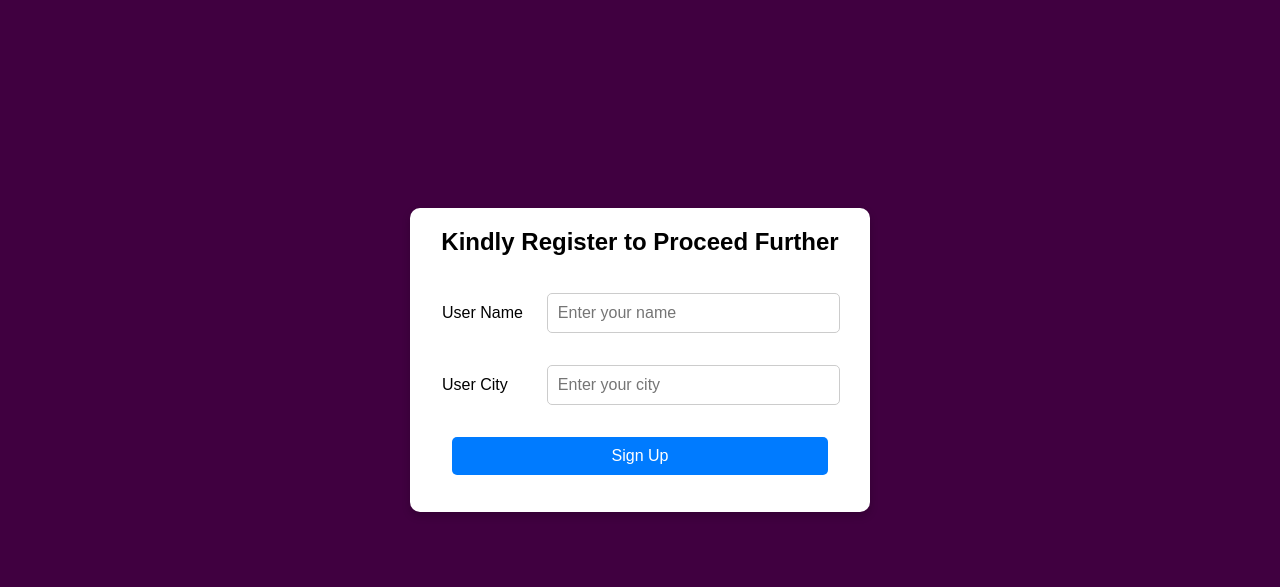
Repository: anuragtiwari3100/Java-Web-Solutions-Kit
Page: JspAndServlet/redirectToAnotherJspHtml/src/main/webapp/index.html
These files come from the project's save history. The page is drawn as it stood at one moment and after a run of saves; the edit follows.
The browser window is 1280 px wide. The pictures show the whole page.

Above is the page before, as saved 2024-11-27 05:40:42.

### JspAndServlet/redirectToAnotherJspHtml/src/main/webapp/index.html
<!DOCTYPE html>
<html lang="en">
<head>
    <meta charset="UTF-8">
    <meta name="viewport" content="width=device-width, initial-scale=1.0">
    <title>Second Web Application</title>
    <style>
        body {
            background-color: rgb(64, 0, 64);
            font-family: Arial, sans-serif;
            display: flex;
            justify-content: center;
            align-items: center;
            height: 100vh;
            margin: 0;
        }
        .container {
            background-color: white;
            border-radius: 10px;
            box-shadow: 0 4px 8px rgba(0, 0, 0, 0.2);
            padding: 20px 30px;
            text-align: center;
            max-width: 400px;
            width: 100%;
        }
        h1, h2 {
            margin: 0 0 20px;
        }
        table {
            margin: 0 auto;
            text-align: left;
            width: 100%;
        }
        td {
            padding: 10px 0;
        }
        input[type="text"], input[type="submit"] {
            width: calc(100% - 20px);
            padding: 10px;
            margin: 5px 0;
            border: 1px solid #ccc;
            border-radius: 5px;
            font-size: 16px;
        }
        input[type="submit"] {
            background-color: #007BFF;
            color: white;
            border: none;
            cursor: pointer;
        }
        input[type="submit"]:hover {
            background-color: #0056b3;
        }
    </style>
</head>
<body>
    <div class="container">
        <h2>Kindly Register to Proceed Further</h2>
        <form method="post" action="./FirstSevlet">
            <table>
                <tr>
                    <td><label for="uname">User Name</label></td>
                    <td><input type="text" id="uname" name="uname" placeholder="Enter your name" required></td>
                </tr>
                <tr>
                    <td><label for="ucity">User City</label></td>
                    <td><input type="text" id="ucity" name="ucity" placeholder="Enter your city" required></td>
                </tr>
                <tr>
                    <td colspan="2" style="text-align: center;">
                        <input type="submit" value="Sign Up">
                    </td>
                </tr>
            </table>
        </form>
    </div>
</body>
</html>

After the next 2 saves:
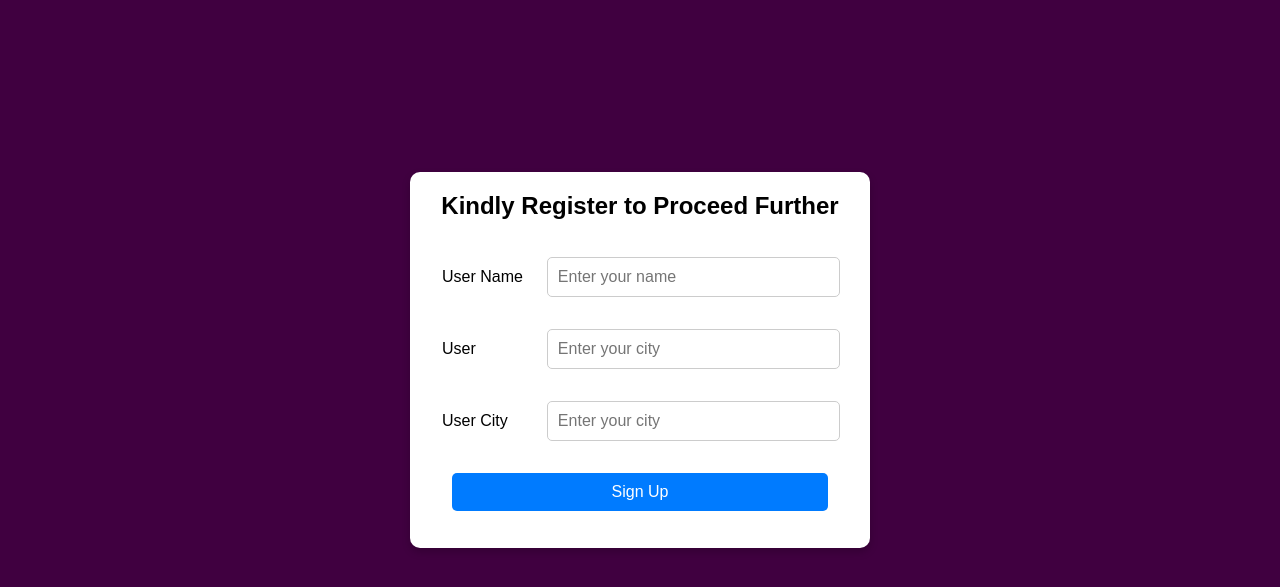
The 2 saves are shown as one change because they came seconds apart.
The last was saved 28 s later.
--- a/JspAndServlet/redirectToAnotherJspHtml/src/main/webapp/index.html
+++ b/JspAndServlet/redirectToAnotherJspHtml/src/main/webapp/index.html
@@ -62,6 +62,10 @@
                     <td><label for="uname">User Name</label></td>
                     <td><input type="text" id="uname" name="uname" placeholder="Enter your name" required></td>
                 </tr>
+                   <tr>
+                    <td><label for="ucity">User </label></td>
+                    <td><input type="text" id="ucity" name="ucity" placeholder="Enter your city" required></td>
+                </tr>
                 <tr>
                     <td><label for="ucity">User City</label></td>
                     <td><input type="text" id="ucity" name="ucity" placeholder="Enter your city" required></td>
